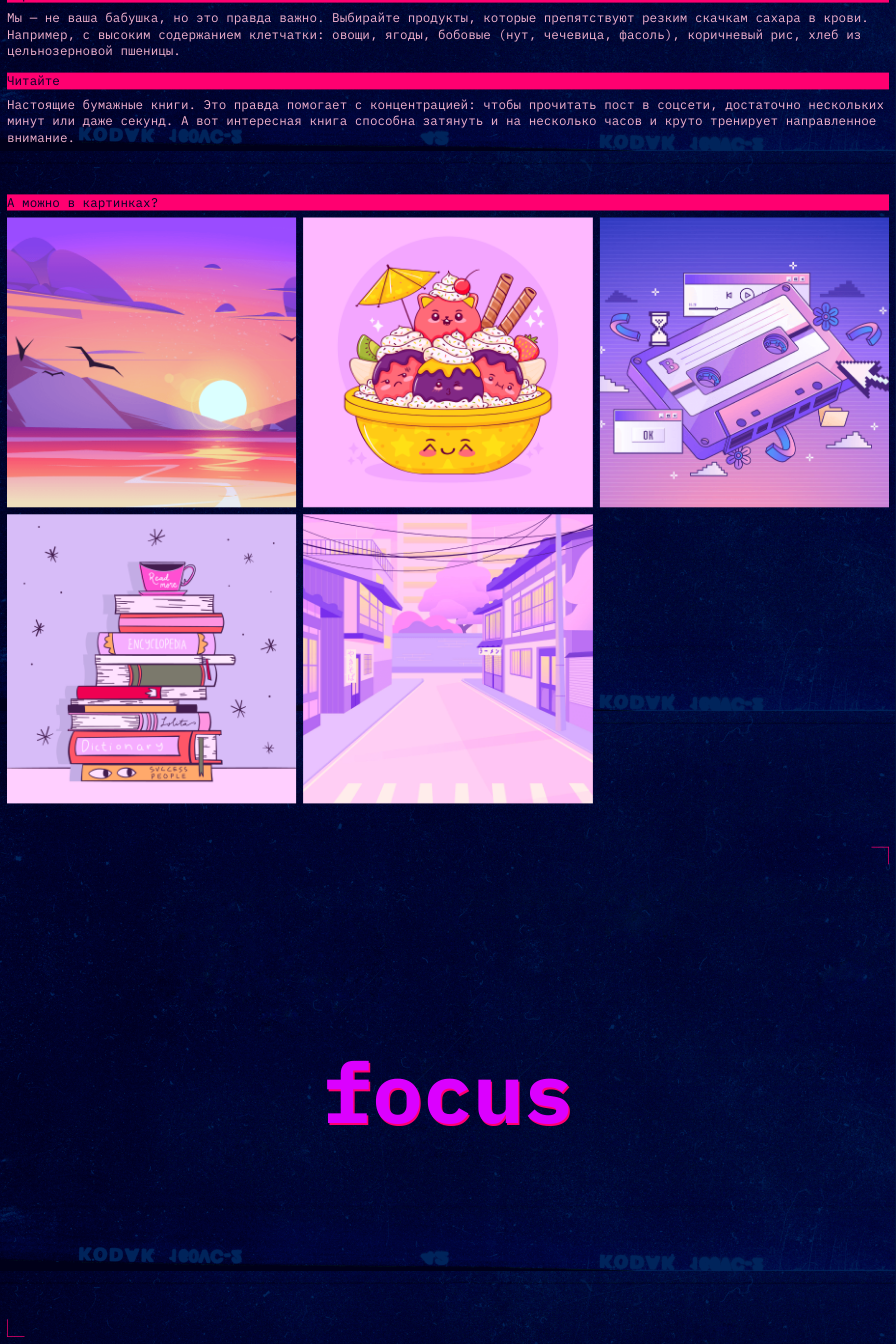
Repository: NikWolf75/slozhno-sosredotochitsya-fd
Page: index.html
An editor plug-in stored every save of this project. The page is shown before and after the next save, followed by the edit.
The browser window is 1280 px wide. The pictures show the part of the page from y = 2184 to 4104 px (the page is 4104 px tall before and 4098 px after), at 70% of full size.
Backgrounds fixed to the window are drawn as part of the page.

Above is the page before, as saved 2025-02-27 12:00:23.

### index.html
<!DOCTYPE html>
<html lang="ru">
  <head>
    <meta charset="UTF-8" />
    <meta http-equiv="X-UA-Compatible" content="IE=edge" />
    <meta name="viewport" content="width=device-width, initial-scale=1.0" />
    <meta name="color-scheme" content="dark light" />
    <link rel="stylesheet" href="/fonts/fonts.css" />
    <link rel="stylesheet" href="/styles/globals.css" />
    <link rel="stylesheet" href="/styles/variables.css" />
    <link rel="stylesheet" href="/styles/style.css" />
    <link rel="stylesheet" href="/styles/dark.css" />
    <link rel="stylesheet" href="/styles/light.css" />
    <link rel="icon" href="image/favicon.ico" />
    <title>Сложно сосредоточиться</title>
    <script src="./scripts/script.js"></script>
  </head>
  <body class="page">
    <div class="rec_element" aria-hidden="true"></div>
    <header class="header decorated-zone">
      <nav class="header__theme-menu">
        <ul class="header__theme-menu-list">
          <li class="header__theme-menu-item">
            <button
              class="header__theme-menu-button header__theme-menu-button_type_light"
            >
              День
            </button>
          </li>
          <li class="header__theme-menu-item">
            <button
              class="header__theme-menu-button header__theme-menu-button_active header__theme-menu-button_type_auto"
              disabled
            >
              Авто
            </button>
          </li>
          <li class="header__theme-menu-item">
            <button
              class="header__theme-menu-button header__theme-menu-button_type_dark"
            >
              Неон
            </button>
          </li>
        </ul>
      </nav>
      <h1 class="header__title">no focus</h1>
      <div class="header__undertitle title-decor">
        <p>Что делать, когда не можешь делать ничего</p>
        <p>
          Или почему нам так сложно сконцентрироваться, особенно когда очень
          надо
        </p>
      </div>
    </header>
    <main class="content">
      <section class="content__section content__why">
        <h2 class="content__section-title"> Почему сосредоточиться так сложно
        </h2>
        <article class="content__section-text_block">
          <h3 class="content__section-text_block-undertitle title-decor">
            Многозадачность
          </h3>
          <p class="content__section-text_block-text">
            Особенно сложно сосредоточиться, когда задач много и все они —
            важные. Где же легендарная многозадачность, когда она так нужна вам
            (и всем нанимающим менеджерам этого мира)? А дело в том, что её
            просто не существует. Исследователи
            <a class="link-text" href="#0">выяснили</a>,
            что мозгу тяжело концентрироваться даже на двух делах одновременно.
            А когда в поле внимания попадает несколько важных задач, организм
            паникует и выделяет кортизол и адреналин — «гормоны стресса».
            Из-за этого мы работаем невнимательно: ошибаемся и быстро устаём.
          </p>
        </article>
        <article class="content__section-text_block">
          <h3 class="content__section-text_block-undertitle title-decor">
            Дофамин
          </h3>
          <p class="content__section-text_block-text">
            С гормонами стресса всё понятно, но дальше — ещё интереснее. В нашей
            невозможности сосредоточиться замешана и полная противоположность
            стрессу — дофамин. Это вещество участвует в системе вознаграждения
            мозга. Причём тут он? Мы часто отвлекаемся от важной задачи на
            что-то более «приятное» для мозгов. Например, смотрим лайки в
            соцсетях. В это время и выделяется дофамин — и мы чувствуем
            удовольствие. Получается замкнутый круг: чем больше отвлекаешься,
            тем больше удовольствия получаешь.
          </p>
        </article>
      </section>
      <section class="content__section content__what">
        <h2 class="content__section-title">
          Что снижает концентрацию внимания?
        </h2>
        <article class="content__section-text_block">
          <h3 class="content__section-text_block-undertitle title-decor">
            Многозадачность
          </h3>
          <p class="content__section-item-text">
            Как концентрация может снижаться из-за… концентрации? Любая
            стрессовая ситуация (и резко меняющийся мир в целом) заставляет наш
            мозг постоянно «сканировать» окружающую среду на предмет опасности.
            Например, читать новости вместо работы. Но быть собранными всё время
            — невозможно. Концентрация — мышца, и она может не выдержать, если
            не давать ей отдохнуть.
          </p>
        </article>
        <article class="content__section-text_block">
          <h3 class="content__section-text_block-undertitle title-decor">
            Еда
          </h3>
          <p class="content__section-text_block-text">
            «Быстрые углеводы» — сахар, белый хлеб, сладости — молниеносно
            доставляют в мозг энергию и помогают ему лучше работать. Но уходит
            эта энергия также быстро, как и приходит. А мы в результате попадаем
            на «углеводные качели»: как только действие «быстрых углеводов»
            заканчивается, мы чувствуем усталость и сонливость. И хотим ещё
            больше быстрых углеводов.
          </p>
        </article>
        <article class="content__section-text_block">
          <h3 class="content__section-text_block-undertitle title-decor">
            Гаджеты
          </h3>
          <p class="content__section-text_block-text">
            Да-да, это та самая ситуация, когда на экране ноутбука — код, в
            наушниках — подкаст, а на компьютере фоном — ещё и видео с забавными
            утятами. В результате мозг пытается переключиться с одной задачи на
            другую — и просто не может. А чтобы вернуться к состоянию полной
            концентрации, человеку в среднем нужно 20 минут. Вот и получается,
            что чем больше времени мы проводим в гаджетах, тем больше времени
            затем нужно, чтобы вернуться к работе.
          </p>
        </article>
      </section>
      <section class="content__section content_how">
        <h2 class="content__section-title">
          Как концентрироваться лучше, чем золотая рыбка (то есть дольше трёх
          секунд)
        </h2>
        <article class="content__section-text_block">
          <h3
            class="content__section-text_block-undertitle tips-undertitle title-decor"
          >
            5 простых (на самом деле не очень) советов
          </h3>
          <h4 class="content__section-text_block-undertitle title-decor">
            Представьте небо и облака
          </h4>
          <p class="content__section-text_block-text">
            Или листья в ручье. Тут дело в лёгкой медитации, которая помогает
            успокоиться. Ведь часто именно тревожные мысли о сложных задачах как
            раз и мешают эти сложные задачи делать. В такие моменты можно
            закрыть глаза и представить, что чистое небо — это вы, а облака —
            тревожные мысли. И сколько бы их ни было — ясное небо всегда будет
            где-то там, за тучами, и никуда не денется. Это упражнение поможет
            вернуться в настоящий момент, а не волноваться о потенциальных
            проблемах из будущего.
          </p>
        </article>
        <article class="content__section-text_block">
          <h4 class="content__section-text_block-undertitle title-decor">
            Включите музыку
          </h4>
          <p class="content__section-text_block-text">
            Но не любую, и не любимую. Любимая может быть связана с сильными
            положительными эмоциями, которые тоже очень сильно отвлекают.
            Подойдёт тихая, спокойная, умеренно-ритмичная. Можно вообще
            попробовать включить плейлист с «белым шумом» или нейромузыкой.
          </p>
        </article>
        <article class="content__section-text_block">
          <h4 class="content__section-text_block-undertitle title-decor">
            Прогуляйтесь
          </h4>
          <p class="content__section-text_block-text">
            Или даже пробегитесь. Лучше найти парк или лес: один эксперимент
            <a class="link-text" href="#0">показал</a>, что созерцание природы повышает концентрацию, в то время
            как после просмотра городских пейзажей она наоборот понижается.
            Можно совместить прогулку с физическими упражнениями или бегом — так
            в мозг поступит ещё больше кислорода и он будет лучше работать. Но и
            простая двадцатиминутная прогулка — тоже отличный вариант.
          </p>
        </article>
        <article class="content__section-text_block">
          <h4 class="content__section-text_block-undertitle title-decor">
            Хорошо ешьте
          </h4>
          <p class="content__section-text_block-text">
            Мы — не ваша бабушка, но это правда важно. Выбирайте продукты,
            которые препятствуют резким скачкам сахара в крови. Например, с
            высоким содержанием клетчатки: овощи, ягоды, бобовые (нут, чечевица,
            фасоль), коричневый рис, хлеб из цельнозерновой пшеницы.
          </p>
        </article>
        <article class="content__section-text_block">
          <h4 class="content__section-text_block-undertitle title-decor">
            Читайте
          </h4>
          <p class="content__section-text_block-text">
            Настоящие бумажные книги. Это правда помогает с концентрацией: чтобы
            прочитать пост в соцсети, достаточно нескольких минут или даже
            секунд. А вот интересная книга способна затянуть и на несколько
            часов и круто тренирует направленное внимание.
          </p>
        </article>
      </section>
      <section class="content__section content__gallery">
        <h2 class="content__section-text_block-undertitle title-decor">
          А можно в картинках?
        </h2>
        <div class="content__section-images_gallery">
          <img
            class="content__section-image"
            src="./images/sunset.png"
            alt="Вид острова на закате"
            loading="lazy"
          />
          <img
            class="content__section-image"
            src="./images/ice-cream.png"
            alt="Чаша с мороженным"
            loading="lazy"
          />
          <img
            class="content__section-image"
            src="./images/tape.png"
            alt="Кассета"
            loading="lazy"
          />
          <img
            class="content__section-image"
            src="./images/books.png"
            alt="Стопка книг"
            loading="lazy"
          />
          <img
            class="content__section-image"
            src="./images/street.png"
            alt="Улица"
            loading="lazy"
          />
        </div>
      </section>
    </main>
    <footer class="footer decorated-zone">
      <h2 class="footer__title">focus</h2>
    </footer>
  </body>
</html>

### styles/variables.css
:root {
  --title-color: #ff0070;
  --main-font: 'IBM Plex mono';
  --main-font-size: 18px;
  --title-font-weight: 700;
  --text-font-weight: 400;
  --main-padding-small: 10px;
}

### styles/style.css
.page {
  font-family: var(--main-font, 'IBM Plex mono');
  font-size: var(--main-font-size, 18px);
  block-size: min-content;
  position: relative;
  font-weight: 400;
  background-color: var(--main-background-color, #000028 );
  background-image: var(--main-background-image, url("../images/cover-image-dark.png"));
  background-repeat: no-repeat;
  background-attachment: fixed;
  background-position: center;
  background-size: cover;
  line-height: 1.3em;
  color: var(--main-font-color, #F1B2CE);
 }

.decorated-zone {
  position: relative;
}

.decorated-zone::after,
.decorated-zone::before {
  position: absolute;
  inline-size: 25px;
  block-size: 25px;
  content: "";
  border: 1px solid var(--corner-color);
}

.decorated-zone::after {
  bottom: 10px;
  left: 10px;
  border-bottom: 1px solid var(--rectangle-color, #ff0070);
  border-left: 1px solid var(--rectangle-color, #ff0070);
}

.decorated-zone::before {
  top: 10px;
  right: 10px;
  border-top: 1px solid var(--rectangle-color, #ff0070);
  border-right: 1px solid var(--rectangle-color, #ff0070);
}

.rec_element {
  position: absolute;
  display: flex;
  align-items: center;
  justify-content: center;
  top: 10px;
  right: 20px;
  color: var(--rec-theme-color, #ff0070);
  gap: 10px;
}

.rec_element:before {
  content: "REC";
}

.rec_element:after {
  display: block;
  content: "";
  border-radius: 50%;
  background: var(--accent-color, #ff0070);
  width: 10px;
  height: 10px;
  box-shadow: 0 0 4px 2px var(--accent-color, #ff0070)
}

.header {
  display: grid;
  grid-template-columns: 1fr;
  grid-template-rows: 1fr min-content 1fr;
  align-items: center;
  position: relative;
  block-size: min(668px, 100vh);
  padding: var(--main-padding-small, 10px);
  margin-block-end: 40px;
 }

.header__theme-menu-list {
  display: flex;
  flex-direction: column;
  align-items: end;
  block-size: 100%;
  row-gap: 10px;
}

.header__theme-menu-button {
  text-align: center;
  background: transparent;
  color: var(--button-text-color);
  border: none;
  text-transform: lowercase;
  padding-right: 13px;
  padding-left: 13px;
}

.header__theme-menu-bitton:hover {
  outline: 1px solid var(--button-outline-color)
}

.header__theme-menu-button_active {
  outline: 1px solid var(--button-theme-color, #ff0070);
}

.header__theme-menu-button:focus {
  outline: none;
  text-decoration: underline;
}

.header__title {
  font-size: clamp(7.25rem, 7.0115rem + 1.0178vw, 7.5rem);
  line-height: 83%;
  color: var(--accent-color-title, #db00ff);
  text-shadow: 4px 4px 0 var(--accent-color, #ff0070);
  cursor: default;
}

.header__undertitle {
  font-size: var(--main-font), monospace;
  font-weight: var(--title-font-weight, 700);
  border-bottom: none;
  border-left: none;
}

.title-decor {
  color: var(--undertitle-color, #000028);
  background-color: var(--title-color, #ff0070);
}

.content {
  display: grid;
  padding: 0 var(--main-padding-small, 10px);
  grid-template-columns: 1fr;
  gap: 50px;
}

.content__section {
  display: grid;
  grid-template-columns: 1fr;
  row-gap: 20px;
}

.content__section-title {
  justify-self: start;
  color: var(--title-color, #ff0070);
}

.content__section-text_block-undertitle,
.content__section-title {
  font-size: var(--main-font-size, 18px);
  font-weight: var(--title-font-weight, 700);
}

.content__section-text_block-undertitle {
  margin-block-end: 10px;
  height: min-content;
}

.content__section-text_block-text {
  font-weight: var(--text-font-weight, 400);
}

.link-text {
  text-decoration: none;
  text-shadow: 2px 1px var(--accent-color, #ff0070);
}

.link-text:hover {
  cursor: pointer;
  border-block-end: 1px solid currentColor;
}

.link-text:focus-visible {
  border: 1px solid currentColor;
}

.content_how,
.tips-undertitle {
  font-weight: var(--title-font-weight, 400);
  margin-block-end: 20px;
}

.content__how,
.content__section-text_block-undertitle {
  font-weight: 400;
}

.content__gallery {
gap: 0;
}

.content__section-images_gallery {
  display: grid;
  grid-template-columns: repeat(auto-fill, minmax(355px, 1fr));
  gap: 10px;
  inline-size: 100%;
  margin-bottom: 20px;
}

.content__section-image {
  inline-size: 100%;
  object-fit: cover;
  block-size: 100%;
}

.footer {
  position: relative;
  display: grid;
  block-size: 100vh;
  min-block-size: 668px;
  grid-template-columns: 1fr;
  margin-block-start: 32px;
}

.footer__title {
  font-size: var(--title-font-size-small, clamp(7.25rem, 7.0115rem + 1.0178vw, 7.5rem));
  font-weight: var(--title-font-weight, 700);
  line-height: 95.7%;
  align-self: center;
  cursor: default;
  color: var(--accent-color-title, #db00ff);
  text-shadow: 2px 2px 0 var(--accent-color, #ff0070);
  justify-self: center;

}

### scripts/script.js
(function initTheme() {
  const theme = localStorage.getItem('theme');
  if (theme) {
    setTheme(theme);
  }
})();

document.addEventListener('DOMContentLoaded', () => {
  const currentTheme = [...document.documentElement.classList]
    .find((cn) => cn.startsWith('theme-'))
    ?.replace('theme-', '');
  const themeButtons = [
    ...document.querySelectorAll('.header__theme-menu-button'),
  ];
  setActiveButton(themeButtons, currentTheme);

  themeButtons.forEach((button) => {
    button.addEventListener('click', () => {
      const chosenTheme = [...button.classList]
        .find((cn) => cn.includes('_type_'))
        .split('_type_')[1];
      setTheme(chosenTheme);
      setActiveButton(themeButtons, chosenTheme);
    });
  });
});

function setTheme(theme) {
  document.documentElement.className = '';
  document.documentElement.classList.add(`theme-${theme}`);
  localStorage.setItem('theme', theme);
}

function setActiveButton(buttonsArray, theme) {
  buttonsArray.forEach((button) => {
    button.classList.remove('header__theme-menu-button_active');
    button.removeAttribute('disabled');
  });
  const target = buttonsArray.find((button) =>
    button.classList.contains(`header__theme-menu-button_type_${theme}`)
  );
  if (target) {
    target.classList.add('header__theme-menu-button_active');
    target.setAttribute('disabled', true);
  } else {
    const autoButton = document.querySelector(
      '.header__theme-menu-button_type_auto'
    );
    autoButton.classList.add('header__theme-menu-button_active');
    autoButton.setAttribute('disabled', true);
  }
}

Loaded but not shown: fonts/fonts.css (common file); styles/globals.css (common file); styles/dark.css (common file); styles/light.css (common file)

After the next save:
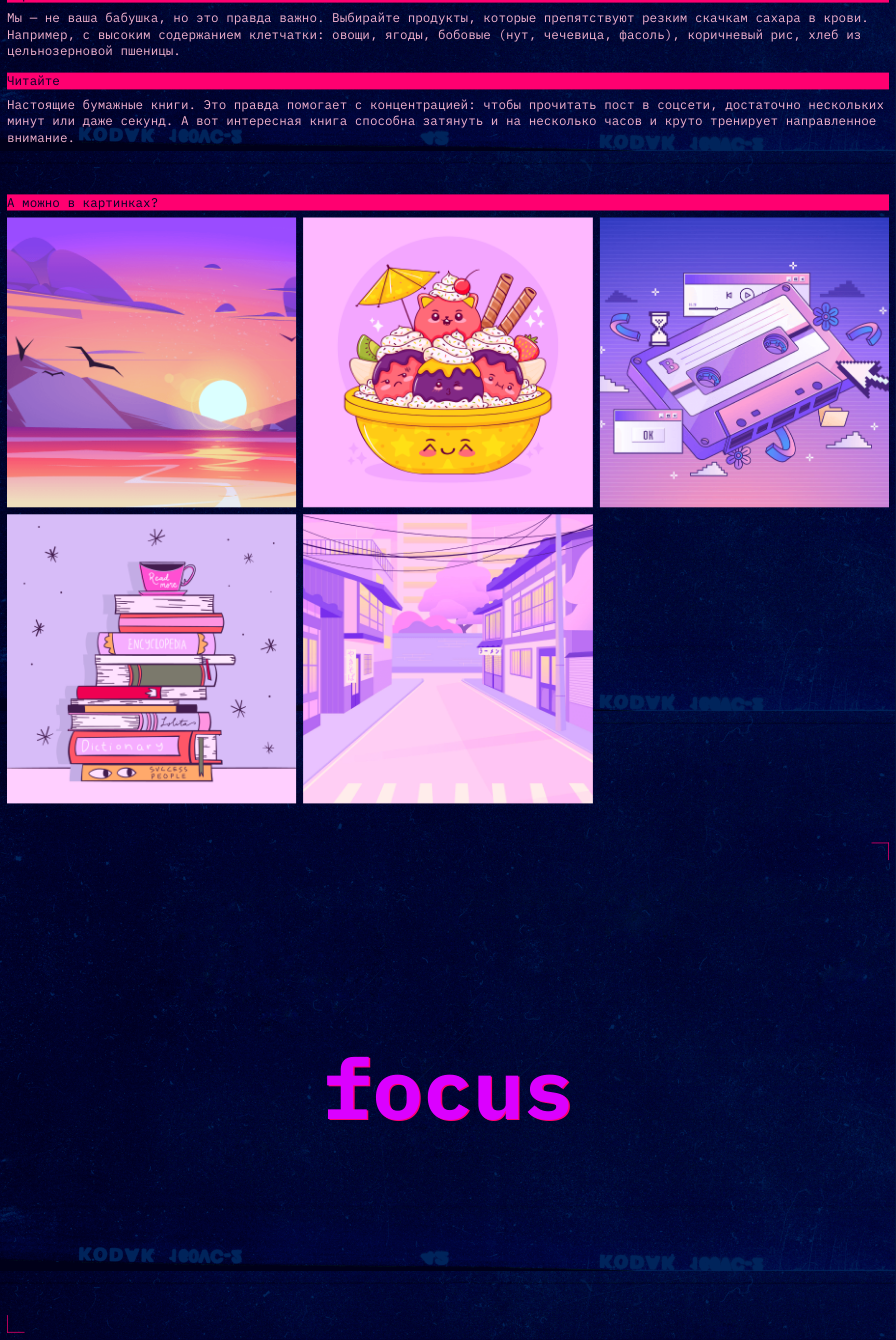
Saved 6 s later.
--- a/styles/style.css
+++ b/styles/style.css
@@ -195,7 +195,7 @@ gap: 0;
   grid-template-columns: repeat(auto-fill, minmax(355px, 1fr));
   gap: 10px;
   inline-size: 100%;
-  margin-bottom: 20px;
+  margin-bottom: 14px;
 }
 
 .content__section-image {
